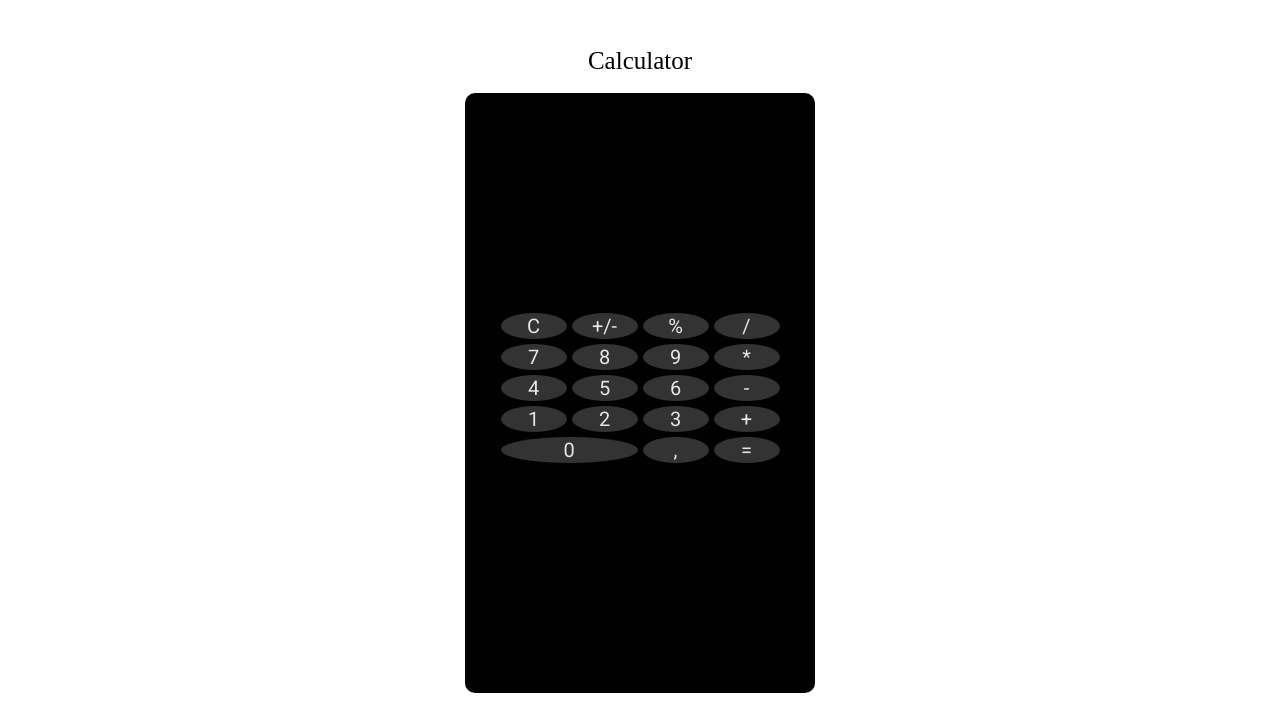
Repository: Gibon9/SimpleCalc
Page: index.html
An editor plug-in stored every save of this project. The page is shown before and after the next save, followed by the edit.
The browser window is 1280 px wide. The pictures show the whole page.
Some web fonts or font styles are not loaded; a fallback is used.

Above is the page before, as saved 2020-11-27 19:33:02.

### index.html
<!DOCTYPE html>
<html lang="en">
  <head>
    <meta charset="UTF-8" />
    <meta name="viewport" content="width=device-width, initial-scale=1.0" />
    <link rel="stylesheet" href="style/reset.css" />
    <link rel="stylesheet" href="style/style.css" />
    <title>Calculator</title>
  </head>

  <body>
    <main class="main">
      <h1 class="title">Calculator</h1>
      <section class="clac">
        <div class="calc-display" id="display"></div>
        <section class="keyboard" id="keyboard">
          <button class="calc-button c-btn" id="clear">C</button>
          <button class="calc-button plus-minus-btn" id="plus-minus">
            +/-
          </button>
          <button class="calc-button percent-btn" id="percent">%</button>
          <button class="calc-button one-btn" id="btn1">1</button>
          <button class="calc-button two-btn" id="btn2">2</button>
          <button class="calc-button three-btn" id="btn3">3</button>
          <button class="calc-button four-btn" id="btn4">4</button>
          <button class="calc-button five-btn" id="btn5">5</button>
          <button class="calc-button six-btn" id="btn6">6</button>
          <button class="calc-button seven-btn" id="btn7">7</button>
          <button class="calc-button eight-btn" id="btn8">8</button>
          <button class="calc-button nine-btn" id="btn9">9</button>
          <button class="calc-button zero-btn" id="btn0">0</button>
          <button class="calc-button plus-btn" id="plus">+</button>
          <button class="calc-button minus-btn" id="minus">-</button>
          <button class="calc-button divide-btn" id="divide">/</button>
          <button class="calc-button multiply-btn" id="multiply">*</button>
          <button class="calc-button equal-btn" id="equal">=</button>
          <button class="calc-button coma-btn" id="coma">,</button>
        </section>
      </section>
    </main>
    <script src="./index.js"></script>
  </body>
</html>

### style/style.css
@import url("https://fonts.googleapis.com/css2?family=Roboto&family=Saira+Stencil+One&display=swap");

:root {
  --background-color: #010101;
  --display-color: black;
  --primary-btn-color: ##a5a5a5;
  --secondary-color: #333333;
  --secondary-btn-color: #fd9624;
  --text-color: #e7e7e7;
}

.calc-display,
.title {
  font-family: "Saira Stencil One", cursive;
}

.calc-button {
  font-family: "Roboto", sans-serif;
}

.main {
  display: flex;
  flex-direction: column;
  justify-content: center;
  align-items: center;
  width: 100vw;
  height: 100vh;
}

.title {
  font-size: 25px;
  margin: 20px 0;
}

.clac {
  width: 350px;
  height: 600px;
  background-color: var(--background-color);
  border-radius: 10px;
}

.calc-display {
  margin: 20px auto;
  width: 300px;
  height: 30%;
  background-color: var(--display-color);
  color: var(--primary-color);
  border-radius: 10px;
  font-size: 40px;
}

.keyboard {
  display: grid;
  grid-template-columns: repeat(10, 1fr);
  grid-template-rows: repeat(12, 1fr);
  gap: 5px 5px;
}

.calc-button {
  font-size: 20px;
  color: var(--text-color);
  background-color: var(--secondary-color);
  border-radius: 50%;
  border: none;
}

.c-btn {
  grid-column: 2/4;
  grid-row: 1/3;
}

.plus-minus-btn {
  grid-column: 4/6;
  grid-row: 1/3;
}

.percent-btn {
  grid-column: 6/8;
  grid-row: 1/3;
}

.divide-btn {
  grid-column: 8/10;
  grid-row: 1/3;
}

.seven-btn {
  grid-column: 2/4;
  grid-row: 3/5;
}

.eight-btn {
  grid-column: 4/6;
  grid-row: 3/5;
}

.nine-btn {
  grid-column: 6/8;
  grid-row: 3/5;
}

.multiply-btn {
  grid-column: 8/10;
  grid-row: 3/5;
}

.four-btn {
  grid-column: 2/4;
  grid-row: 5/7;
}

.five-btn {
  grid-column: 4/6;
  grid-row: 5/7;
}

.six-btn {
  grid-column: 6/8;
  grid-row: 5/7;
}

.minus-btn {
  grid-column: 8/10;
  grid-row: 5/7;
}

.one-btn {
  grid-column: 2/4;
  grid-row: 7/9;
}

.two-btn {
  grid-column: 4/6;
  grid-row: 7/9;
}

.three-btn {
  grid-column: 6/8;
  grid-row: 7/9;
}

.plus-btn {
  grid-column: 8/10;
  grid-row: 7/9;
}

.zero-btn {
  grid-column: 2/6;
  grid-row: 9/11;
}

.coma-btn {
  grid-column: 6/8;
  grid-row: 9/11;
}

.equal-btn {
  grid-column: 8/10;
  grid-row: 9/11;
}

Loaded but not shown: style/reset.css (common file); index.js (no copy from this time; the picture is the same without it)

After the next save:
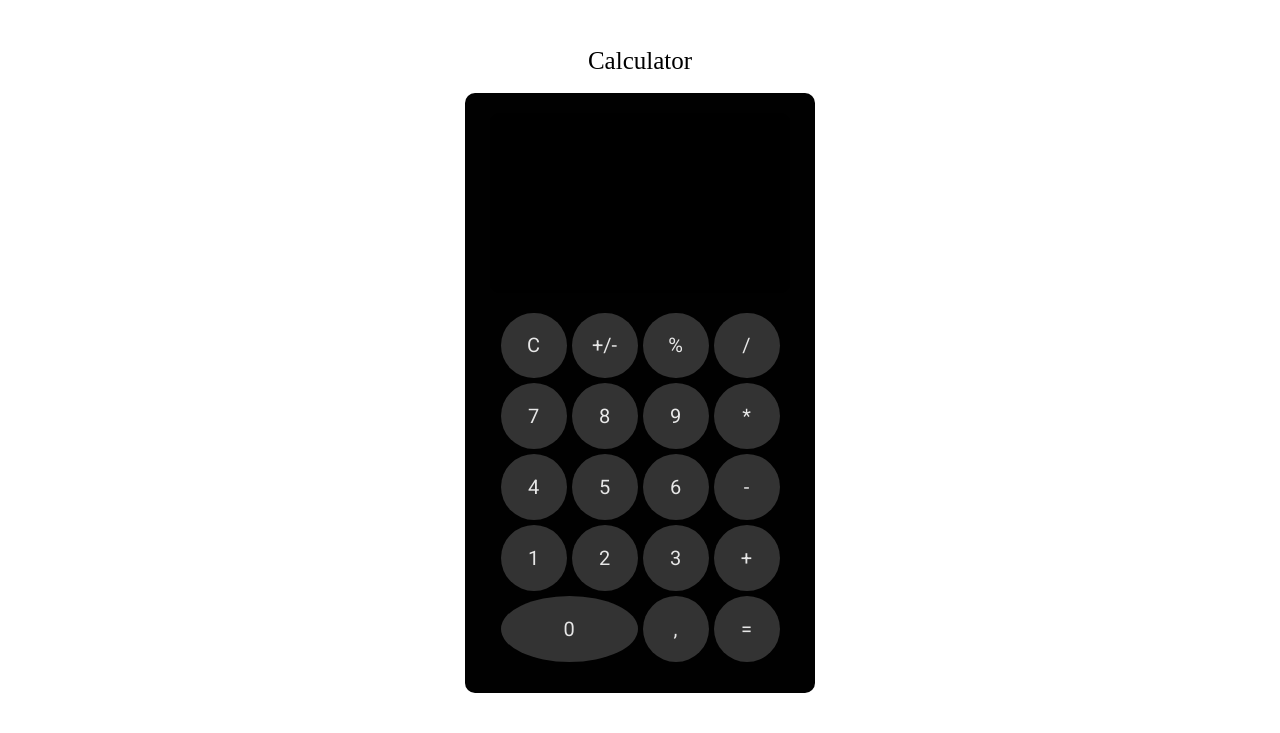
Saved 42 s later.
--- a/style/style.css
+++ b/style/style.css
@@ -50,6 +50,7 @@
 }
 
 .keyboard {
+  height: 70%;
   display: grid;
   grid-template-columns: repeat(10, 1fr);
   grid-template-rows: repeat(12, 1fr);
